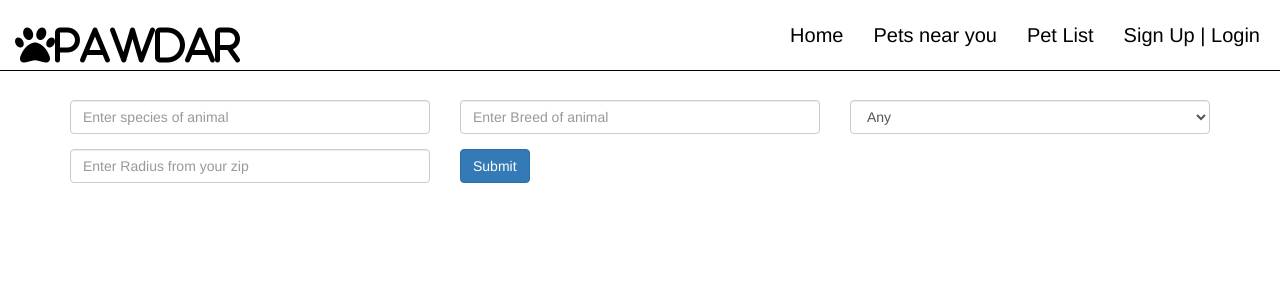
Repository: wigulbin/Pawdar
Page: http://localhost/viewer.html.php
The author's editor kept a record of every edit. The page is drawn from the files as they stood at one moment, then again after the next edit.
The browser window is 1280 px wide. The pictures show the whole page.
The pointer rests on the first visible `.navbar a`.
Some web libraries are served in a nearby version. The page is run by PHP 8.4 with error messages shown; the project is at /var/www/html/.

Above is the page before.
Console error: SyntaxError: Unexpected token ')'

### viewer.html.php
<?php
    session_start();
?>
<!DOCTYPE html>
<html>
   <head>
      <script src="https://ajax.googleapis.com/ajax/libs/jquery/1.12.4/jquery.min.js"></script>
      <script src="https://maxcdn.bootstrapcdn.com/bootstrap/3.3.7/js/bootstrap.min.js"></script>
      <script src="https://use.fontawesome.com/f1a64e0a26.js"></script>
      <link rel="stylesheet" href="https://maxcdn.bootstrapcdn.com/bootstrap/3.3.7/css/bootstrap.min.css">
      <link href="https://fonts.googleapis.com/css?family=Ubuntu" rel="stylesheet">
      <script type="text/javascript" src="js/findpet.js.php"></script>
      <link rel="stylesheet" type="text/css" href="css/findpet.css">
   </head>
   <body>

      <div class="container-fluid">
         <nav class="navbar navbar-fixed-top my-nav">
            <div class="navbar-header">
               <a href="index.html" class="navbar-brand">
               <i class="fa fa-paw fa-2x first" aria-hidden="true">Pawdar</i>
               </a>
            </div>
            <ul class="nav navbar-nav my-nav-div">
            </ul>
            <ul class="nav navbar-nav my-nav-div navbar-right">
               <li class="my-nav-item"><a href="index.html.php">Home</a></li>
               <li class="my-nav-item"><a href="map.html.php">Pets near you</a></li>
               <li class="my-nav-item"><a href="viewer.html.php">Pet List</a></li>
               <?php
                  if(isset($_SESSION['user']) && !empty($_SESSION['user'])){
                     echo '<li class="my-nav-item active signup"><a href="logout.php">Logout</a></li>';
                  }else{
                     echo '<li class="my-nav-item active signup"><a href="signup.html.php">Sign Up | Login</a></li>';
                  }
               ?>
            </ul>
         </nav>
         <div class="container pet-items">


            <div class="row">
               <form id="pet-form" class="form-group get-pets form-group" role="form">

                  <div id="aspecies" class="form-group col-xs-8 col-md-4">
                     <input placeholder="Enter species of animal" class="form-control" id="animalspecies" type="text" name="animalspecies"/>
                  </div>
                  <div id="abreed" class="form-group col-xs-8 col-md-4">
                     <input placeholder="Enter Breed of animal" class="form-control" id="animalbreed" type="text" name="animalbreed"/>
                  </div>
                  <div id="asize" class="form-group col-xs-8 col-md-4">
                     <select class="form-control" id="animalsize" name="animalsize">
                        <option value="">Any</optino>
                        <option value="small">Small</option>
                        <option value="medium">Medium</option>
                        <option value="large">Large</option>
                     </select>
                     </div>
                  <div id="aradius" class="form-group col-md-4">
                     <input placeholder="Enter Radius from your zip" class="form-control" id="radius" type="text" name="radius">
                  </div>
                  <?php
                     if(isset($_SESSION['zipcode']) && !empty($_SESSION['zipcode'])){
                        echo '<input type="hidden" id="zipcode" name="zipcode" value="' . $_SESSION['zipcode'] . '"/>';
                     }else{
                        echo '<input type="hidden" id="zipcode" name="zipcode" value="none"/>';

                     }
                  ?>
                  <div class="col-xs-4">
                     <input class="btn btn-primary" type="submit" value="Submit"/>
                  </div>
               </form>
            </div>
            <div class="container well hide" id="pets">
               <div class="row item">
               </div>
            </div>
            <div class="img hide">
               <img id='loader' class='img-loader' src='img/ajax-loader.gif'></img>
            </div>
         </div>
      </div>
   </body>
</html>

### js/findpet.js.php
<?php
    session_start();
?>


$(document).ready(function(){
    var number = 0;
    var species;
    var sizePotential;
    var radius;
    var breed;
    var zipcode;
    var check = 1;
    var foundRows=1;
    var marks = <?php
                    if(isset($_SESSION['data']) && !empty($_SESSION['data'])){
                        echo $_SESSION['data'];
                    }else{
                        echo 0;
                    }
                ?>;
    <?php unset($_SESSION['data']) ?>
    var zip_code = <?php
                        if(isset($_SESSION['zip_code']) && !empty($_SESSION['zip_code'])){
                            echo $_SESSION['zip_code'];
                        }else{
                            echo 0;
                        }
                    ?>;
    <?php
        unset($_SESSION['zip_code']);
    ?>
    console.log(marks);
    if(marks != 0){
        $("#pet-form").append("<input type='hidden' id='zip_code' name='zip_code' value='"+zip_code+"'/>");
        $("#pets").removeClass("hide");
        for(item in marks.data){
            $(".item").append("<div class='col-xl-4 col-md-4 col-xs-12 space "+item+"'></div>")
            for(items in marks.data[item]){
                console.log(items);
                if(items=="animalThumbnailUrl"){
                    $("."+item).prepend("<img src='"+marks.data[item][items]+"'</img>");
                }else if(items=="animalBreed"){
                    $("."+item).append("<li class='list-group-item'><b>"+items+": </b>"+marks.data[item][items].split('/')[0]+"</li>");
                }else if(items=="animalOrgID"){
                    $("."+item).append("<li class='list-group-item'><b> </b><form target='_blank' action='php/getorg.php'><input type='hidden' id='orgID' name='orgID' value='"
                                +marks.data[item][items]+"'/><input target='_blank' class='btn btn-primary' type='submit' value='Org Info'/></form></li>");
                }else{
                    $("."+item).append("<li class='list-group-item'><b>"+items+": </b>"+marks.data[item][items]+"</li>");
                }
            }

        }
    }
    console.log(marks);
    $(".get-pets").submit(function(event){
        var wordpattern = /^([A-Z]|[a-z])*$/;
        var numpattern = /^([0-9])*$/;
        var error = "";
        foundRows=1;
        event.preventDefault();
        console.log("test");
        //number = $('#numberof').val();
        number = parseInt(number);

        species = $('#animalspecies').val();

        sizePotential = $('#animalsize').val();

        radius = $('#radius').val();

        breed = $('#animalbreed').val();

        zipcode = $("#zipcode").val()

        if(!wordpattern.test(species)){
            error += "wrong species name\n";
            $('#aspecies').removeClass("has-success has-feedback");
            $('#aspecies').addClass("has-error has-feedback");
        }else{
            $('#aspecies').removeClass("has-error has-feedback");
            $('#aspecies').addClass("has-success has-feedback");
        }

        if(!wordpattern.test(breed)){
            error += "wrong breed name\n";
            $('#abreed').removeClass("has-success has-feedback");
            $('#abreed').addClass("has-error has-feedback");


        if(!wordpattern.test(sizePotential)){
            error += "wrong size name\n";
            $('#asize').removeClass("has-success has-feedback");
            $('#asize').addClass("has-error has-feedback");
        }else{
            $('#asize').removeClass("has-error has-feedback");
            $('#asize').addClass("has-success has-feedback");
        }

        if(!numpattern.test(radius)){
            error += "wrong radius\n";
            $('#aradius').removeClass("has-success has-feedback");
            $('#aradius').addClass("has-error has-feedback");
        }else{
            $('#aradius').removeClass("has-error has-feedback");
            $('#aradius').addClass("has-success has-feedback");
        }

        if(error){
            alert(error);
            return 0;
        }

        //console.log(species);
        //console.log(number);
        $.ajax({
            url: 'php/apiconnect.php',
            type: 'GET',
            dataType: 'JSON',
            data: {
                number: number,
                species: species,
                sizePotential: sizePotential,
                radius: radius,
                breed: breed,
                zipcode: zipcode
            },

            success: function(serverResponse) {
                $("#pets").removeClass("hide");
                console.log(serverResponse.data);
                $(".item").html("");
                //$(".test").append(JSON.stringify(serverResponse));
                var jsonObject = serverResponse;
                //console.log(jsonObject);
                //console.log(jsonObject.data);
                console.log(jsonObject);
                for(item in jsonObject.data){
                    $(".item").append("<div class='col-xl-4 col-md-4 col-xs-12 space "+item+"'></div>")
                    for(items in jsonObject.data[item]){
                        console.log(items);
                        if(items=="animalThumbnailUrl"){
                            $("."+item).prepend("<img src='"+jsonObject.data[item][items]+"'</img>");
                        }else if(items=="animalBreed"){
                            $("."+item).append("<li class='list-group-item'><b>"+items+": </b>"+jsonObject.data[item][items].split('/')[0]+"</li>");
                        }else if(items=="animalOrgID"){
                            $("."+item).append("<li class='list-group-item'><b> </b><form target='_blank' action='php/getorg.php'><input type='hidden' id='orgID' name='orgID' value='"
                                +jsonObject.data[item][items]+"'/><input target='_blank' class='btn btn-primary' type='submit' value='Org Info'/></form></li>");
                        }else{
                            $("."+item).append("<li class='list-group-item'><b>"+items+": </b>"+jsonObject.data[item][items]+"</li>");
                        }
                    }

                }
            },

            error: function(jqXHR, textStatus, errorThrown) {
                console.log('error');
                console.log(errorThrown);
                console.log(jqXHR);
            },


            complete: function() {
               // $("#ajaxIndicator").modal('hide');
               console.log("done");
            }
        });
    });
    $(window).scroll(function(){
        if(($(window).scrollTop() + $(window).height() == $(document).height()) && check && foundRows){
            check=0;
            console.log("Here is the number: "+number);
            number = number+20;
            var zip_code = $("#zip_code").val();
            console.log(zip_code);
            $(".img").removeClass("hide");
            var item = document.getElementById('loader');
            item.style.display="block";
            $.ajax({
            url: 'php/apiconnect.php',
            type: 'GET',
            dataType: 'JSON',
            data: {
                number: number,
                species: species,
                sizePotential: sizePotential,
                radius: radius,
                breed: breed,
                zip_code: zip_code,
                from_viewer: "true"
            },

            success: function(serverResponse) {
                item.style.display="none";
                console.log("Data " + serverResponse.data);
                //$(".item").html("");
                //$(".test").append(JSON.stringify(serverResponse));
                var jsonObject = serverResponse;
                //console.log(jsonObject);
                //console.log(jsonObject.data);
                console.log(jsonObject);
                console.log(serverResponse.foundRows);
                if(serverResponse.foundRows == 0){
                    foundRows=0;
                }
                for(item in jsonObject.data){
                    $(".item").append("<div class='col-xl-4 col-md-4 col-xs-12 space "+item+"'></div>");
                    for(items in jsonObject.data[item]){
                        //console.log(items);
                       if(items=="animalThumbnailUrl"){
                            $("."+item).prepend("<img src='"+jsonObject.data[item][items]+"'</img>");
                        }else if(items=="animalBreed"){
                            $("."+item).append("<li class='list-group-item'>"+jsonObject.data[item][items].split('/')[0]+"</li>");
                        }else if(items=="animalOrgID"){
                                $("."+item).append("<li class='list-group-item'><b> </b><form target='_blank' action='php/getorg.php'><input type='hidden' id='orgID' name='orgID' value='"
                                +jsonObject.data[item][items]+"'/><input target='_blank' class='btn btn-primary' type='submit' value='Org Info'/></form></li>");
                        }else{
                            $("."+item).append("<li class='list-group-item'>"+jsonObject.data[item][items]+"</li>");
                        }
                    }

                }
            },

            error: function(jqXHR, textStatus, errorThrown) {
                item.style.display="none";
                console.log('error');
                console.log(errorThrown);
                console.log(jqXHR);
            },


            complete: function() {
                check=1;
                //$(".img").removeClass("hide");

                //$(".img-loader").remove();
               // $("#ajaxIndicator").modal('hide');
               console.log("done");
            }
        });
        }

    })
});

### css/findpet.css
img {
    width:100px;
    height:100px;
    border-radius:40px;
    display:block;
    margin:0 auto;
}

.img{
    margin-top: 50px;
}

.pet-items{
    margin-top:100px;
}

.hide{
    display:hide;
}

.space{
    margin-top:15px;
}


.my-nav-item>a:hover, .my-nav-item a:focus{
    background-color: black;
}

.navbar{
    background-color: white;
    border-color: black;
    background-image:none;
    box-shadow:none;
    padding-top:10px;
    padding-bottom: 10px;
}

.navbar a{
    color:black;
    font-size: 20px;
}

.navbar-scroll{
    background-color: white;
    border-color: black;
}
.navbar-scroll a{
    color:black;
}


.nav>li>a:hover{
    background-color: transparent;
}

.navbar-right{
    padding-right:20px;
}
.item-list a{
    color:white;
}

.title-center{
    padding-top: 400px;
    text-align: center;
    color: white;
}

.more-info{
    -moz-transition: all .3s ease-in;
    -o-transition: all .3s ease-in;
    -webkit-transition: all .3s ease-in;
    margin-top: 100px;
    transition: all .3s ease-in;
    text-align: center;
    color: white;
    border-radius: 25px;
    font-size: 25px;
    padding-right: 20px;
    padding-left: 20px;
    background-color: transparent;
}

.more-info:hover{
    background-color:white;
    color: black;
}

.fixed-button{
    right:3em;
    bottom:5em;
    position:fixed;
    border-radius:50%;
    font-size: 15px;
}


p{
    font-size: 18px;
    text-align: center;
}

h1{
    text-align: center;
    font-family: 'Ubuntu', sans-serif;
    font-weight: bold;
}

After the next edit:
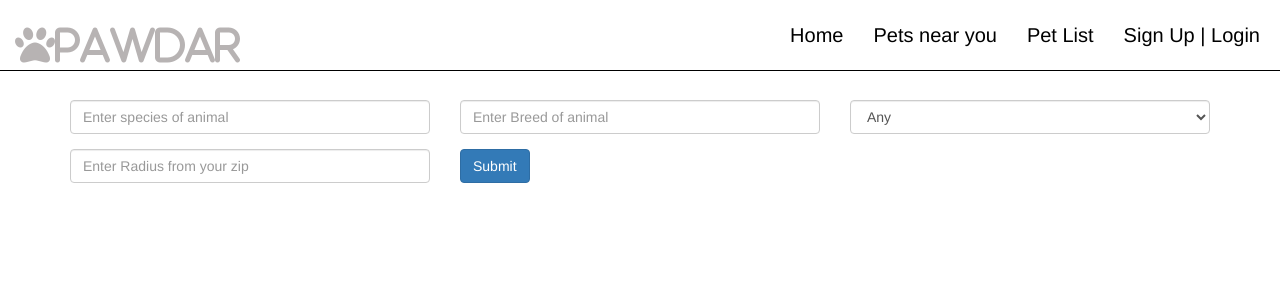
The edit:
--- a/css/findpet.css
+++ b/css/findpet.css
@@ -16,6 +16,11 @@
 
 .hide{
     display:hide;
+}
+
+.navbar a:hover{
+    color:#b7b3b3;
+    font-size: 20px;
 }
 
 .space{
